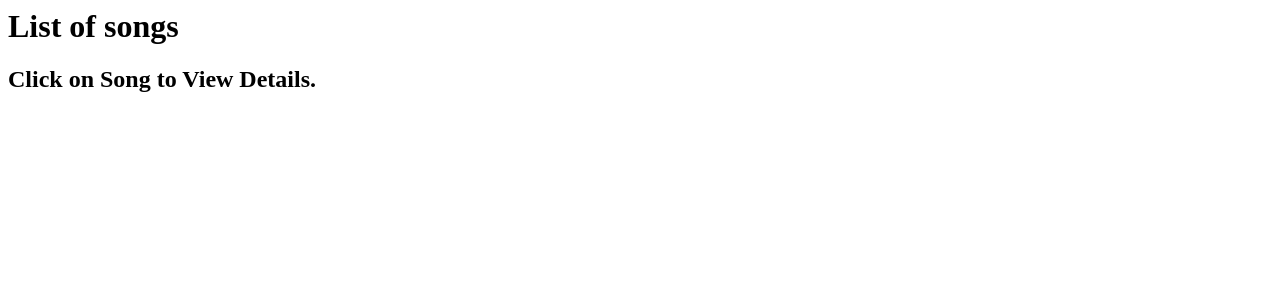
Repository: thagunnaharish1-netizen/GeetShala
Page: http://localhost/songs/
An editor plug-in stored every save of this project. The page is shown before and after the next save, followed by the edit.
The browser window is 1280 px wide. The pictures show the whole page.
The page is served by the project's application, run on Django 5.2 (manage.py).

Above is the page before, as saved 2026-09-01 18:24:11.

After the next save:
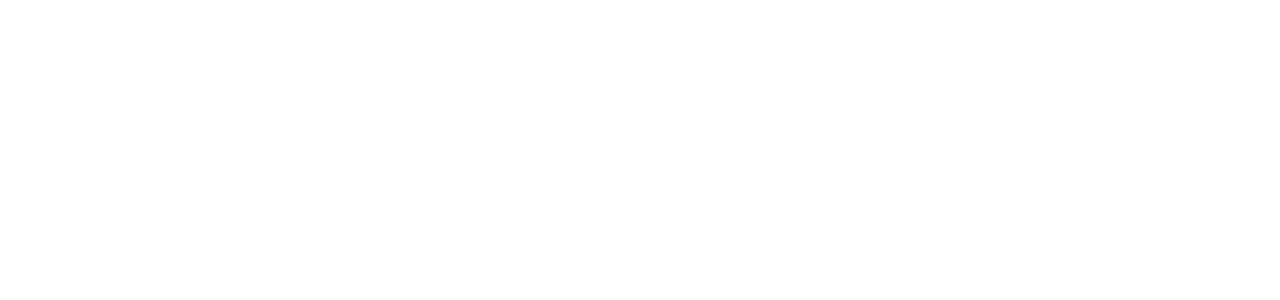
Saved 62 s later.
--- a/songs/views.py
+++ b/songs/views.py
@@ -2,7 +2,7 @@
 from django.http import HttpResponse
 
 def song_list(request):
-    response_text = '<h1>List of songs</h1><h2>Click on Song to View Details.</h2?'
+    response_text = ''
     return HttpResponse(response_text)
 
 def song_detail(request, song_id):

After the save that followed:
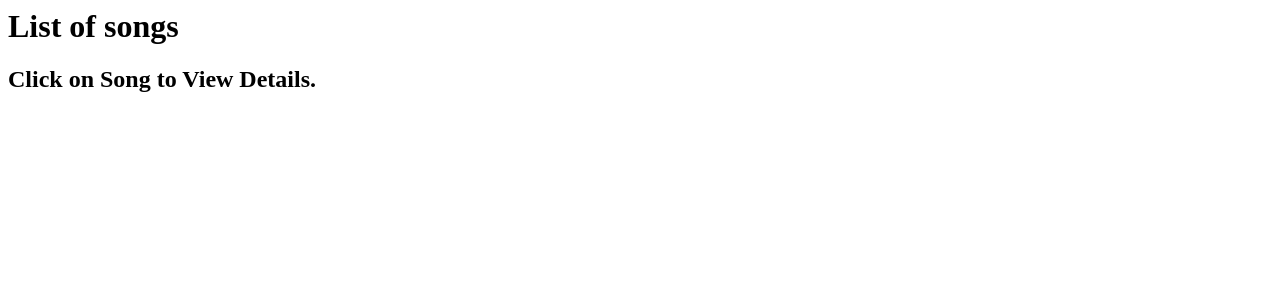
Saved 29 s later.
--- a/songs/views.py
+++ b/songs/views.py
@@ -2,7 +2,7 @@
 from django.http import HttpResponse
 
 def song_list(request):
-    response_text = ''
+    response_text = '<h1>List of songs</h1><h2>Click on Song to View Details.</h2>'
     return HttpResponse(response_text)
 
 def song_detail(request, song_id):
